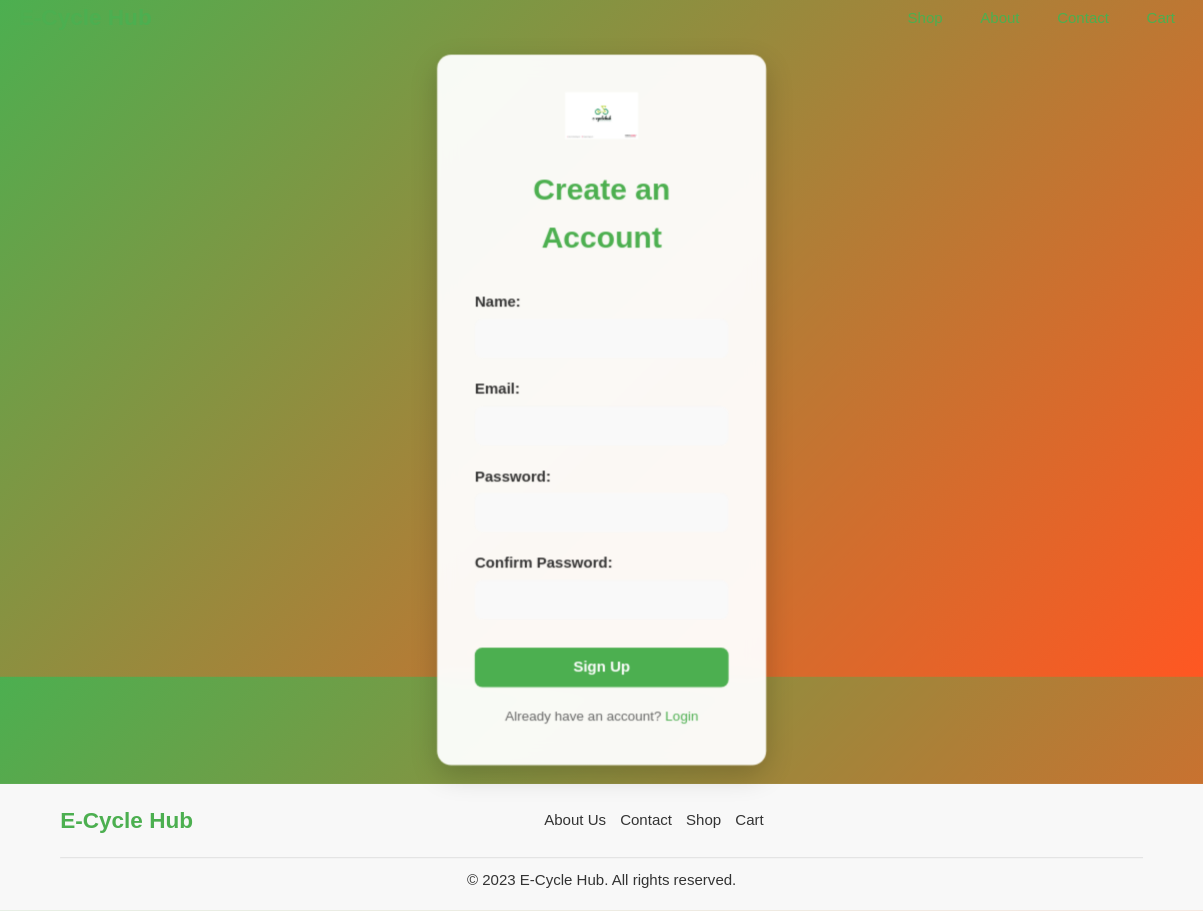
Repository: Rutuja-g/E-Cycle-Hub
Page: public/signup.html
An editor plug-in stored every save of this project. The page is shown before and after the next save, followed by the edit.
The browser window is 1280 px wide. The pictures show the whole page, at 94% of full size.
Backgrounds fixed to the window are drawn as part of the page.

Above is the page before, as saved 2025-10-23 17:19:17.

After the next save:
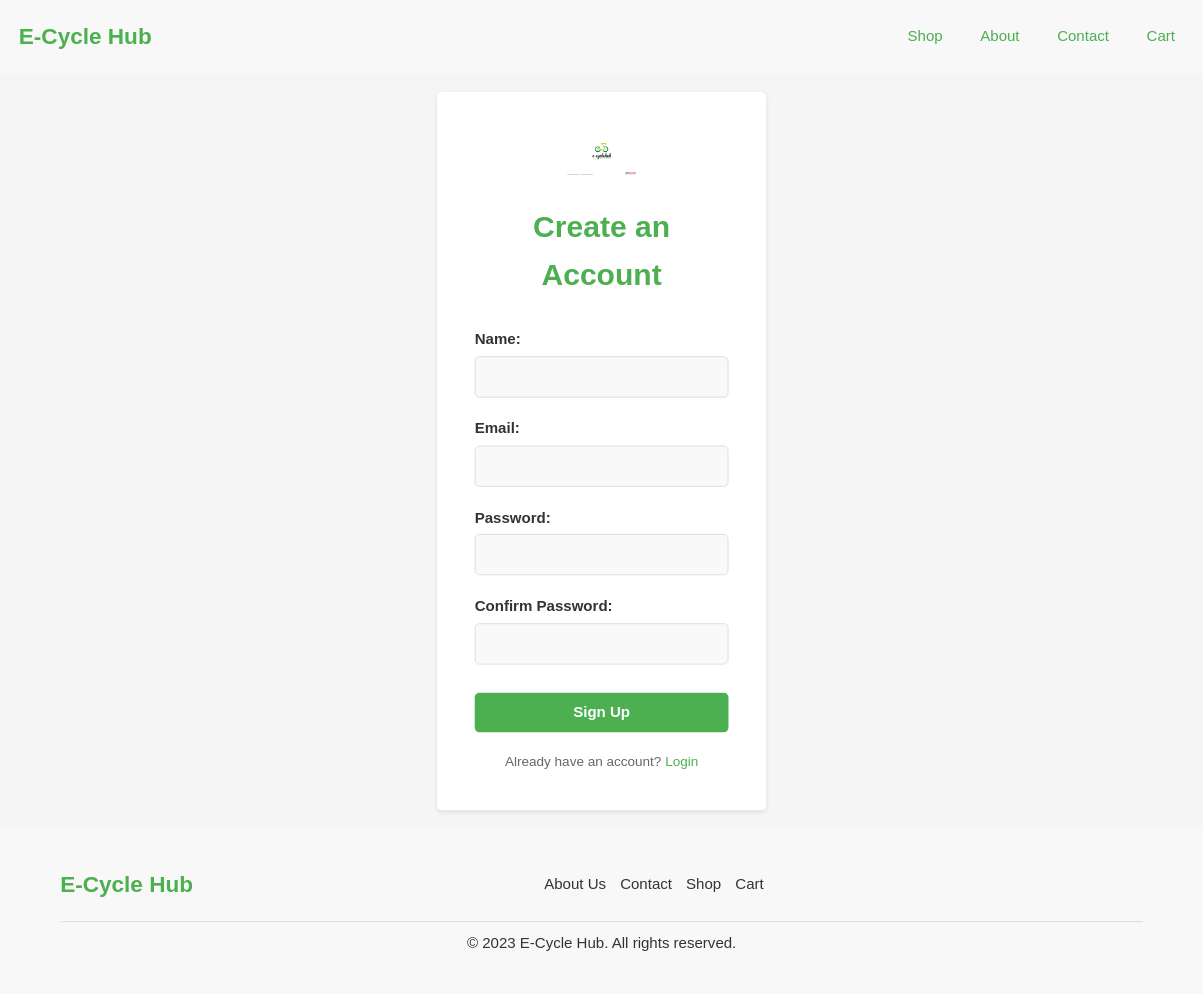
Saved 30 s later.
--- a/public/css/auth.css
+++ b/public/css/auth.css
@@ -5,11 +5,16 @@ body {
   font-family: var(--font-family, Arial, sans-serif);
   line-height: 1.6;
   color: var(--text-color, #333);
-  background: linear-gradient(135deg, #4caf50 0%, #ff5722 100%);
-  background-attachment: fixed;
+  background: var(--background-color, #f5f5f5);
   min-height: 100vh;
   display: flex;
   flex-direction: column;
+}
+
+header,
+footer {
+  background: var(--header-footer-bg, #f8f8f8);
+  padding: 20px 0;
 }
 
 main {
@@ -22,14 +27,13 @@ main {
 
 .login-form,
 .signup-form {
-  background: rgba(255, 255, 255, 0.95);
+  background: white;
   padding: 40px;
-  border-radius: 15px;
-  box-shadow: 0 10px 30px rgba(0, 0, 0, 0.2);
+  border-radius: var(--border-radius, 5px);
+  box-shadow: var(--box-shadow, 0 2px 5px rgba(0, 0, 0, 0.1));
   width: 100%;
   max-width: 350px;
   text-align: center;
-  backdrop-filter: blur(10px);
 }
 
 .login-form h2,
@@ -55,8 +59,8 @@ main {
 .form-group input {
   width: 100%;
   padding: 12px;
-  border: none;
-  border-radius: 8px;
+  border: 1px solid #ddd;
+  border-radius: var(--border-radius, 5px);
   background: #f9f9f9;
   font-size: 1em;
   transition: all 0.3s ease;
@@ -66,6 +70,7 @@ main {
 .form-group input:focus {
   outline: none;
   background: #fff;
+  border-color: var(--primary-color, #4caf50);
   box-shadow: 0 0 0 3px rgba(76, 175, 80, 0.3);
 }
 
@@ -75,17 +80,17 @@ main {
   background: var(--primary-color, #4caf50);
   color: white;
   border: none;
-  border-radius: 8px;
+  border-radius: var(--border-radius, 5px);
   font-size: 1em;
   font-weight: bold;
   cursor: pointer;
-  transition: all 0.3s ease;
+  transition: background 0.3s ease, transform 0.2s ease;
   margin-top: 10px;
 }
 
 .btn:hover {
   background: #388e3c;
-  transform: scale(1.02);
+  transform: translateY(-2px);
 }
 
 .login-form p,
@@ -109,7 +114,7 @@ main {
 }
 
 .error {
-  color: #f44336;
+  color: var(--secondary-color, #ff5722);
   font-size: 0.8em;
   margin-top: 5px;
   display: block;
@@ -122,7 +127,7 @@ main {
 }
 
 .success {
-  color: #4caf50;
+  color: var(--primary-color, #4caf50);
   font-size: 0.9em;
   margin-top: 10px;
   opacity: 0;
